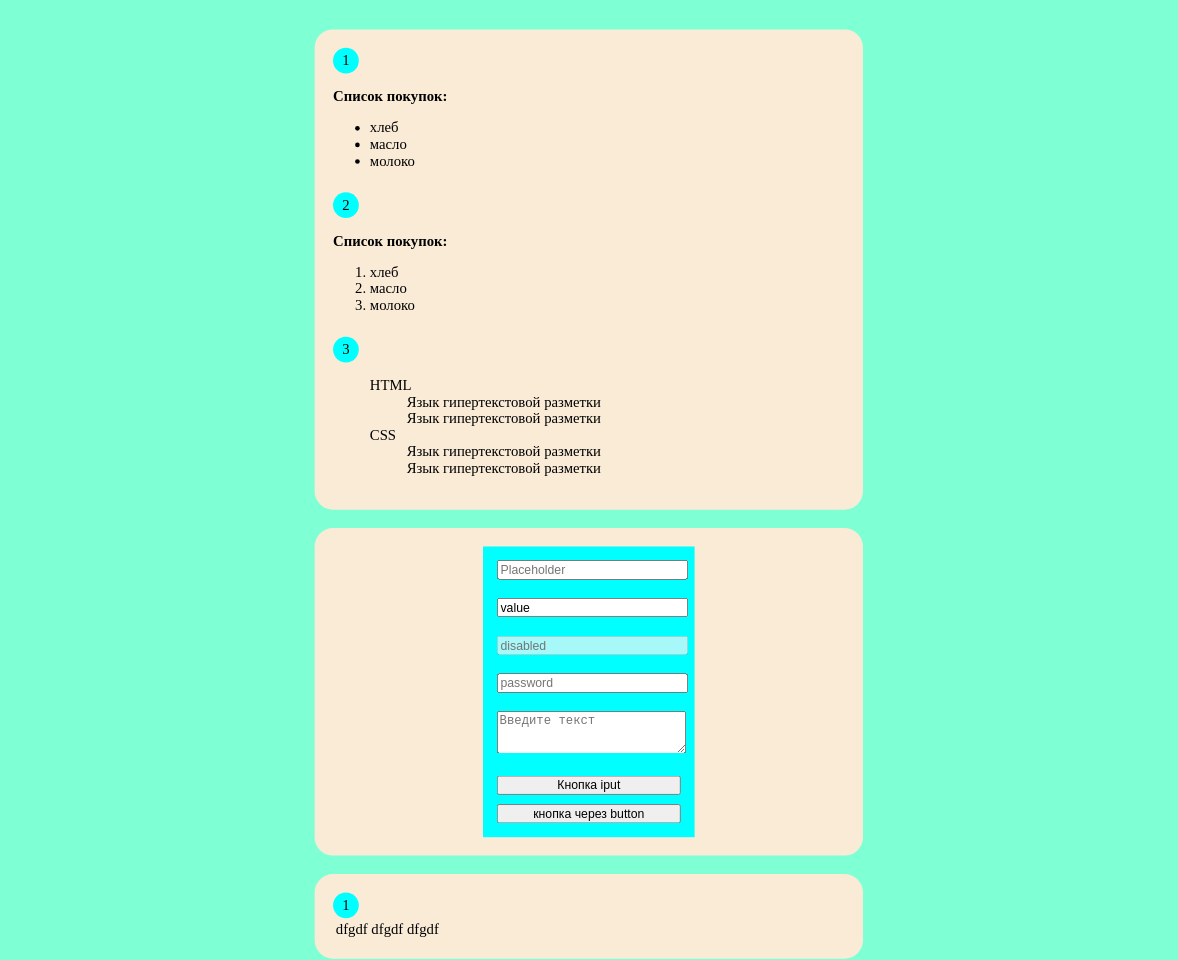
Repository: Savich01/-
Page: html/index.html
An editor plug-in stored every save of this project. The page is shown before and after the next save, followed by the edit.
The browser window is 1280 px wide. The pictures show the whole page, at 92% of full size.

Above is the page before, as saved 2024-05-31 15:47:00.

### html/index.html
<!DOCTYPE html>
<html lang="en">
<head>
    <meta charset="UTF-8">
    <meta name="viewport" content="width=device-width, initial-scale=1.0">
    <title>Document</title>
    <link rel="stylesheet" href="/css/style.css">
</head>
<body>

    <header class="header">

    </header>
    <main class="main">
        <div class="container">
            <section class="section-1">
                <div class="block">1</div>
                <p class="text">
                    <b>Список покупок:</b>
                </p>
                <ul class="list">
                    <li>хлеб</li>
                    <li>масло</li>
                    <li>молоко</li>
                </ul>

                <div class="block">2</div>
                <p class="text">
                    <b>Список покупок:</b>
                </p>
                <ol class="list">
                    <li>хлеб</li>
                    <li>масло</li>
                    <li>молоко</li>
                </ol>

                <div class="block">3</div>
                <ul class="main-list--item">
                    <li>HTML
                        <ul>
                            <li class="main-link">Язык гипертекстовой разметки</li>
                            <li class="main-link">Язык гипертекстовой разметки</li>
                        </ul>
                    </li>
                    <li>CSS
                        <ul>
                            <li class="main-link">Язык гипертекстовой разметки</li>
                            <li class="main-link">Язык гипертекстовой разметки</li>
                        </ul>
                    </li>
                </ul>
            </section>

            <section class="section-2">
                <form action="#" class="form">
                    <input class="input" type="text" placeholder="Placeholder">
                    <input class="input" type="text" value="value">
                    <input class="input" type="text" disabled="disabled" placeholder="disabled">
                    <input class="input" type="password" placeholder="password">
                    <textarea class="textarea" placeholder="Введите текст"></textarea>
                    <input class="input-btn" type="button" value="Кнопка iput">
                    <button class="button">кнопка через button</button>
                </form>
            </section>

            <section class="section-3">
                <div class="block">1</div>
                <table class="table">
                    <tr>
                        <td>dfgdf</td>
                        <td>dfgdf</td>
                        <td>dfgdf</td>
                    </tr>
                </table>
            </section>
        </div>
    </main>
    <footer class="footer">

    </footer>

</body>
</html>

### css/style.css
body{
    max-width: 600px;
    height: 100%;
    margin: 0 auto;
    background-color: aquamarine;
    padding: 0px 10px;
}

.container{
    padding: 2px;
    margin-top: 30px;
}
/* ==========SECTION-1========================== */
.section-1{
    padding: 20px;
    background-color: antiquewhite;
    border-radius: 20px;
    margin-bottom: 20px;
}

.block{
    background-color:aqua;
    display: inline-block;
    padding: 5px 10px;
    border-radius: 100%;
}

.list{
    margin-bottom: 25px;
}
.main-list--item{
    list-style: none;
    /* text-decoration: none; */
}

.main-link{
    list-style: none;
}

/* ==========SECTION-2========================== */

.section-2{
    background-color: antiquewhite;
    border-radius: 20px;
    padding: 20px;
    margin-bottom: 20px;
}

.form{
    margin: 0 auto;
    max-width: 200px;
    padding: 15px;
    background-color: aqua;
}
.input{
    margin: 0 auto;
    width: 100%;
    margin-bottom: 20px;
}
.textarea{
    width: 100%;
    height: 40px;
    margin-bottom: 20px;
}

.input-btn{
    display: block;
    width: 100%;
    margin-bottom: 10px;
    cursor: pointer;
}
.button{
    display: block;
    width: 100%;
    cursor: pointer;
}

/* ==========SECTION-3========================== */

.section-3{
    background-color: antiquewhite;
    border-radius: 20px;
    padding: 20px;
}

After the next save:
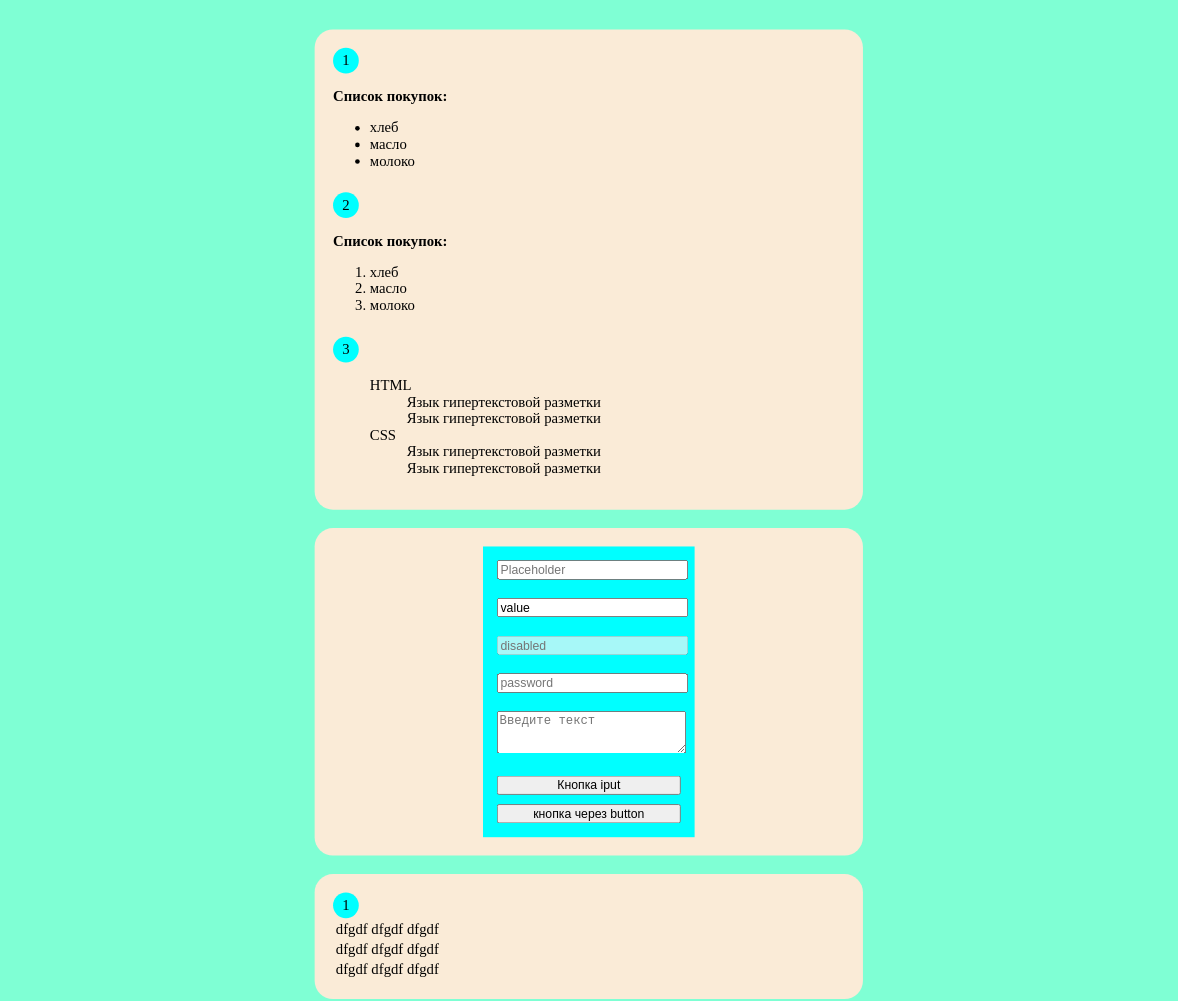
Saved 11 s later.
--- a/html/index.html
+++ b/html/index.html
@@ -71,6 +71,16 @@
                         <td>dfgdf</td>
                         <td>dfgdf</td>
                     </tr>
+                    <tr>
+                        <td>dfgdf</td>
+                        <td>dfgdf</td>
+                        <td>dfgdf</td>
+                    </tr>
+                    <tr>
+                        <td>dfgdf</td>
+                        <td>dfgdf</td>
+                        <td>dfgdf</td>
+                    </tr>
                 </table>
             </section>
         </div>
